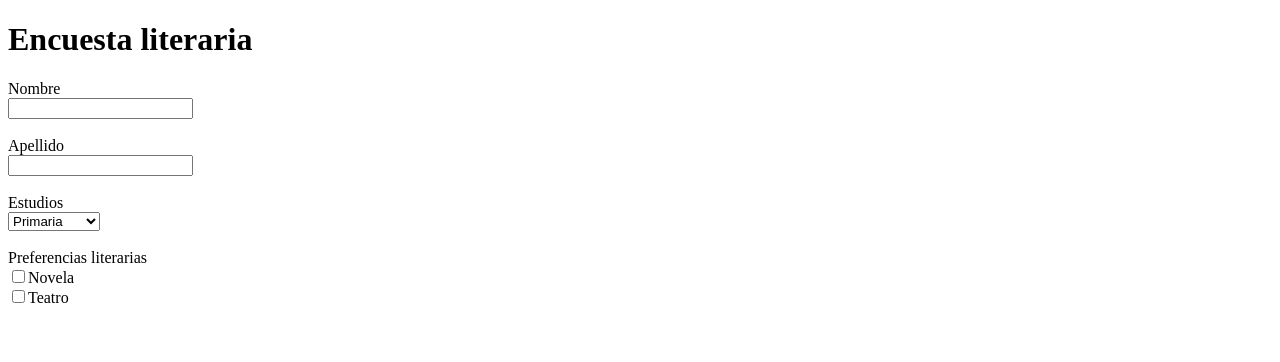
Repository: cabotillo/javaee
Page: Encuesta/WebContent/index.html
The author's editor kept a copy of each file at every save. The page is drawn from the files as they stood at one save, then again after the next save.
The browser window is 1280 px wide. The pictures show the whole page.

Above is the page before, as saved 2017-02-16 17:50:09.

### Encuesta/WebContent/index.html
<!DOCTYPE html>
<html>
<head>
<meta charset="UTF-8">
<title>Insert title here</title>
</head>
<body>
<h1>Encuesta literaria</h1>
<form action="/Encuesta/mostrar">
Nombre<br><input type="text" name="nombre"><br><br>
Apellido<br><input type="text" name="apellido"><br><br>
Estudios<br><select name="estudios"><option>Primaria</option><option>Secundaria</option><option>Bachillerato</option></select><br><br>
Preferencias literarias<br><input type="checkbox" name="preferencias" value="Novela" cheked>Novela<br>
<input type="checkbox" name="preferencias" value="Teatro" cheked>Teatro<br>
</form>
</body>
</html>

After the next save:
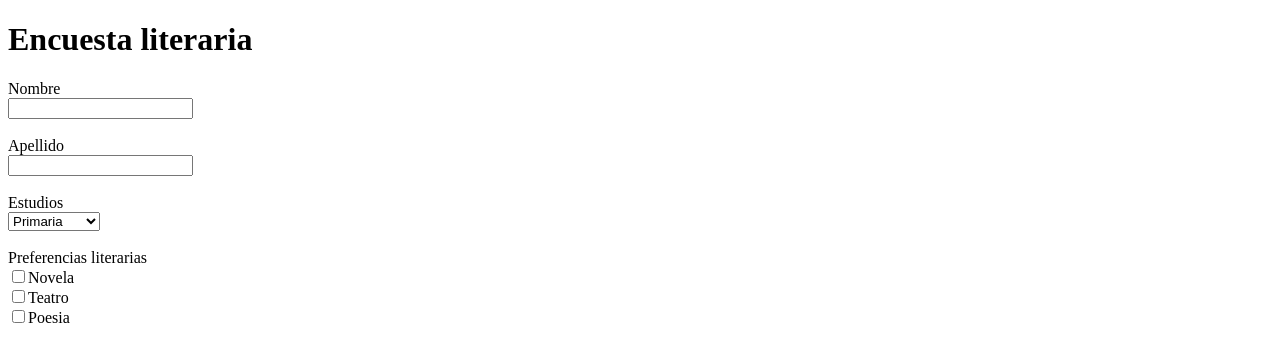
Saved 10 s later.
--- a/Encuesta/WebContent/index.html
+++ b/Encuesta/WebContent/index.html
@@ -12,6 +12,7 @@ Apellido<br><input type="text" name="apellido"><br><br>
 Estudios<br><select name="estudios"><option>Primaria</option><option>Secundaria</option><option>Bachillerato</option></select><br><br>
 Preferencias literarias<br><input type="checkbox" name="preferencias" value="Novela" cheked>Novela<br>
 <input type="checkbox" name="preferencias" value="Teatro" cheked>Teatro<br>
+<input type="checkbox" name="preferencias" value="Poesia" cheked>Poesia<br>
 </form>
 </body>
 </html>
